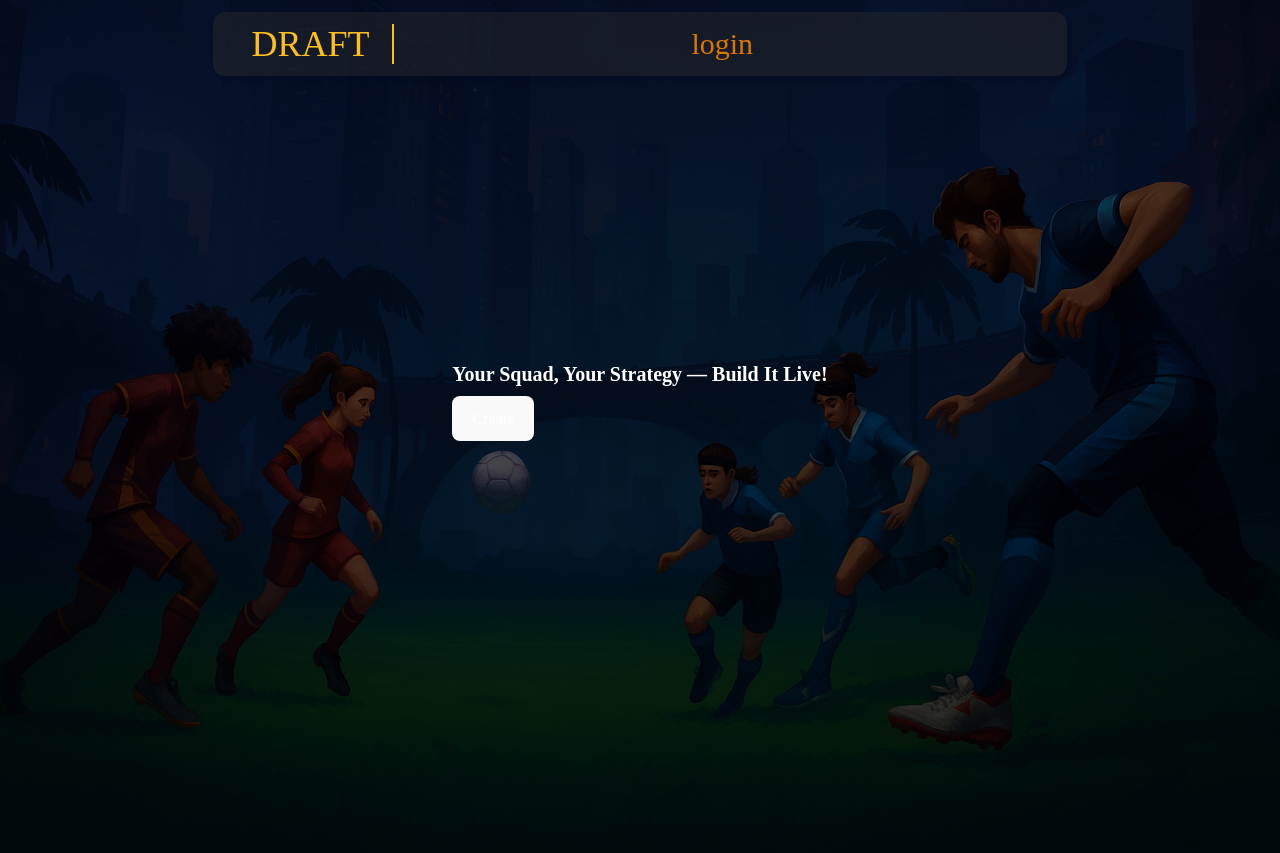
Repository: MehediMim/LeagueCrafter--Online-Auction-Platform-Project
Page: / (app in my-app/)
These files come from the project's save history. The page is drawn as it stood at one moment and after the next save; the edit follows.
The browser window is 1280 px wide. The pictures show the whole page.
Some web fonts or font styles are not loaded; a fallback is used. The project was rebuilt for these pictures with package versions that can differ from the ones it lists, and the page was loaded fresh each time. Also part of the build but not shown: my-app/vite.config.js, my-app/src/pages/Dashboard.jsx, my-app/src/pages/Login.jsx.

Above is the page before, as saved 2025-05-25 02:09:10.

### my-app/src/main.jsx
import { StrictMode } from 'react'
import { createRoot } from 'react-dom/client'
import React from 'react';
import ReactDOM from 'react-dom/client';
import './index.css'
import App from './App.jsx'
import { Auth0Provider } from '@auth0/auth0-react';
console.log("HELLO WORLD");
console.log('Domain:', import.meta.env.VITE_AUTH0_DOMAIN);
console.log('Client ID:', import.meta.env.VITE_AUTH0_CLIENT_ID);
console.log("HELLO WORLD");

ReactDOM.createRoot(document.getElementById('root')).render(
<React.StrictMode>
  <Auth0Provider
    domain={import.meta.env.VITE_AUTH0_DOMAIN}
    clientId={import.meta.env.VITE_AUTH0_CLIENT_ID}
    authorizationParams={{

      redirect_uri: window.location.origin,
      audience: import.meta.env.VITE_AUTH0_AUDIENCE
    }}
  >
    <App />
  </Auth0Provider>
</React.StrictMode>
);

### my-app/src/index.css
@import url('https://fonts.googleapis.com/css2?family=Bebas+Neue&display=swap');
@import url('https://fonts.googleapis.com/css2?family=Raleway:wght@400;700&display=swap');
@import url('https://fonts.googleapis.com/css2?family=Jaro&display=swap');
@import url('https://fonts.googleapis.com/css2?family=WDXL+Lubrifont+TC&display=swap');
@import url('https://fonts.googleapis.com/css2?family=Barrio&display=swap');

@tailwind base;
@tailwind components;
@tailwind utilities;



:root {
  font-family: system-ui, Avenir, Helvetica, Arial, sans-serif;
  line-height: 1.5;
  font-weight: 400;

  color-scheme: light dark;
  color: rgba(255, 255, 255, 0.87);
  background-color: #242424;

  font-synthesis: none;
  text-rendering: optimizeLegibility;
  -webkit-font-smoothing: antialiased;
  -moz-osx-font-smoothing: grayscale;
}

a {
  font-weight: 500;
  color: #646cff;
  text-decoration: inherit;
}
a:hover {
  color: #535bf2;
}

body {
  margin: 0;
  display: flex;
  place-items: center;
  min-width: 320px;
  min-height: 100vh;
}

h1 {
  font-size: 3.2em;
  line-height: 1.1;
}

button {
  border-radius: 8px;
  border: 1px solid transparent;
  padding: 0.6em 1.2em;
  font-size: 1em;
  font-weight: 500;
  font-family: inherit;
  background-color: #1a1a1a;
  cursor: pointer;
  transition: border-color 0.25s;
}
button:hover {
  border-color: #646cff;
}
button:focus,
button:focus-visible {
  outline: 4px auto -webkit-focus-ring-color;
}

@media (prefers-color-scheme: light) {
  :root {
    color: #213547;
    background-color: #ffffff;
  }
  a:hover {
    color: #747bff;
  }
  button {
    background-color: #f9f9f9;
  }
}

### my-app/src/App.jsx
import { BrowserRouter, Routes, Route } from "react-router-dom";
import Navbar from "./components/Navbar";
import Home from "./pages/Home";
import Dashboard from "./pages/Dashboard";
import Login from "./pages/Login";


export default function App() {
  return (
    <BrowserRouter>
      <Navbar />
      <Routes>
        <Route path="/" element={<Home />} />
        <Route path="/dashboard" element={<Dashboard />} />
        <Route path="/login" element={<Login />} />
        {/* <Route path="/auction" element={<AuctionRoom />} /> */}
        {/* <Route path="*" element={<NotFound />} /> */}
      </Routes>
    </BrowserRouter>
  );
}

### my-app/src/components/Navbar.jsx
import { Link } from "react-router-dom";
import { useAuth0 } from "@auth0/auth0-react";

export default function Navbar(params) {

  const { user, isAuthenticated, isLoading, loginWithRedirect, logout } = useAuth0();

  return (
    <div className="h-16 w-screen absolute top-3 z-50 flex justify-center">
      <div className="w-2/3 flex justify-center">
        <div className="bg-zinc-800 bg-opacity-50 shadow-md p-4 rounded-xl w-full flex items-center">
          {/* <div className="w-auto h-auto rounded-xl m-4 flex p-4"> */}
          <div className="w-1/4 border-r-2 border-amber-400 flex justify-center">
            <Link to="/"><h1 className="font-jaro text-4xl text-amber-400 hover:text-white">DRAFT</h1></Link>
          </div>
          <div className="w-full flex justify-evenly   items-center">
            {/* <Link to="/" className="text-amber-600 hover:text-white"><h1 className="text-3xl font-jaro">home</h1></Link> */}
            {/* <Link className="text-amber-600 hover:text-white"><h1 className="text-3xl font-jaro">registrations</h1></Link> */}
            {!isAuthenticated && <Link to="/login" className="text-amber-600 hover:text-white"><h1 className="text-3xl  font-jaro">login</h1></Link>}
            {isAuthenticated && <Link to="/dashboard" className="text-amber-600 hover:text-white"><h1 className="text-3xl  font-jaro">dashboard</h1></Link>}

          </div>
          {/* </div> */}
        </div>
        {isAuthenticated && <div className=" h-16 w-16  ml-3 group cursor-pointer relative">


          <div className="rounded-full border-amber-600 border-4 h-16 w-16">
            <img src={user.picture} className="rounded-full"></img>
          </div>

          <div className="absolute top-10 left-36 -translate-x-1/2  bg-zinc-800 text-white rounded-xl p-4 shadow-lg hidden group-hover:block z-50">
            <p className="text-lg font-bold font-raleway text-left">{user.name}</p>
            <p className="text-lg  font-kanit text-center font-raleway">{user.email}</p>
            <button
              onClick={() => logout({ returnTo: window.location.origin })}
              className="mt-3 w-full px-4 py-2 text-smbg rounded hover:bg-white  hover:text-black transition font-kanit"
            >
              Logout
            </button>
          </div>


        </div>
        }
      </div>
    </div>
  )
};

### my-app/src/pages/Home.jsx
import bg from "../assets/bg1.png"
export default function Home(params) {
    return (
        <div>
            <div className="w-screen h-auto absolute top-0 left-0 z-0">
                <div className="w-full h-full bg-black absolute opacity-55">

                </div>
                <div>
                    <img src={bg} className="w-full"></img>
                </div>
            </div>
            <div className="flex justify-center items-center w-screen absolute">
                <div className="justify-start flex flex-col">
                    <div>
                        <h1 className="text-xl font-barrio text-white font-bold">Your Squad, Your Strategy — Build It Live!</h1>
                    </div>
                    <div className="flex justify-start pt-2">
                        <button className="font-jaro text-white hover:bg-white hover:text-black">Create</button>
                    </div>
                </div>
            </div>
        </div>
    )
};

### my-app/tailwind.config.js
/** @type {import('tailwindcss').Config} */
export default {
  content: [
    "./index.html",
    "./src/**/*.{js,ts,jsx,tsx}",
  ],
  theme: {
    extend: {
      fontFamily: {
        bebas: ['"Bebas Neue"', 'cursive'],
        raleway: ['Raleway', 'sans-serif'],
        jaro: ['Jaro', 'cursive'],
        lubrifont: ['Lubrifont', 'sans-serif'],
        barrio: ['Barrio', 'normal'],
      },
    },
  },
  plugins: [],
}

Loaded but not shown: my-app/index.html (common file)

After the next save:
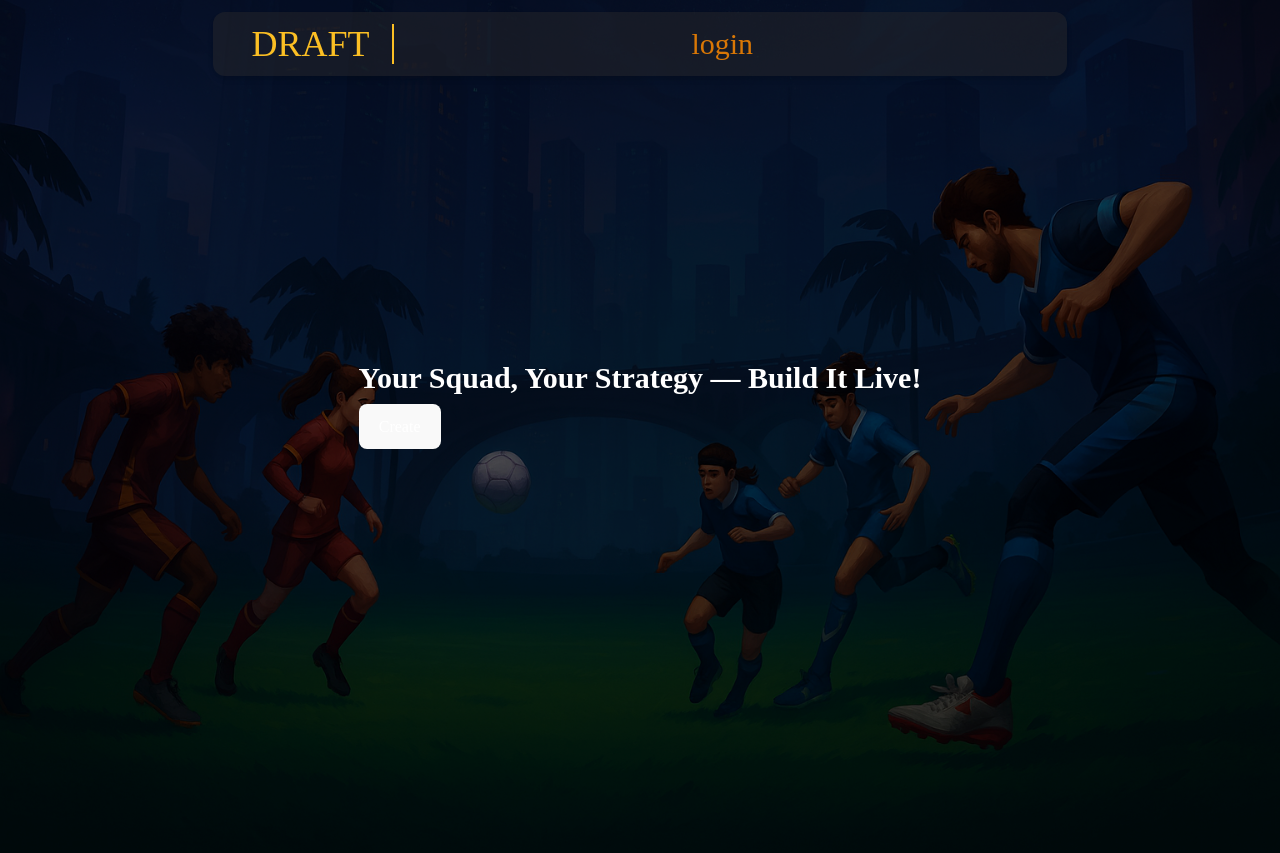
Saved 4 s later.
--- a/my-app/src/pages/Home.jsx
+++ b/my-app/src/pages/Home.jsx
@@ -13,7 +13,7 @@ export default function Home(params) {
             <div className="flex justify-center items-center w-screen absolute">
                 <div className="justify-start flex flex-col">
                     <div>
-                        <h1 className="text-xl font-barrio text-white font-bold">Your Squad, Your Strategy — Build It Live!</h1>
+                        <h1 className="text-3xl font-barrio text-white font-bold">Your Squad, Your Strategy — Build It Live!</h1>
                     </div>
                     <div className="flex justify-start pt-2">
                         <button className="font-jaro text-white hover:bg-white hover:text-black">Create</button>
